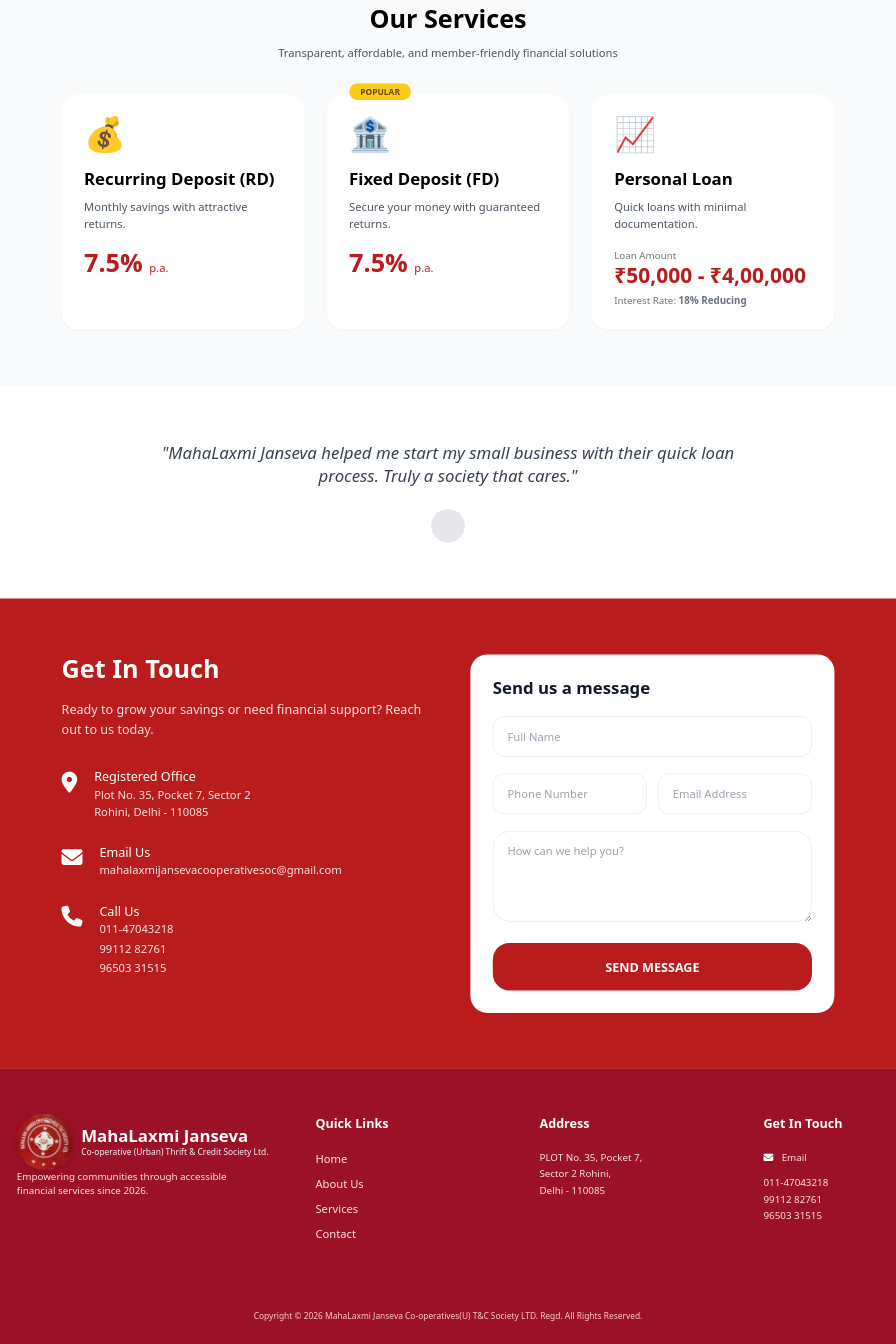
Repository: smritig537/Mahalaxmi
Page: Web.html
These files come from the project's save history. The page is drawn as it stood at one moment and after the next save; the edit follows.
The browser window is 1280 px wide. The pictures show the part of the page from y = 1670 to 3590 px (the page is 3590 px tall before and 3542 px after), at 70% of full size.
Some web libraries are served in a nearby version.

Above is the page before, as saved 2026-05-25 01:16:54.

After the next save:
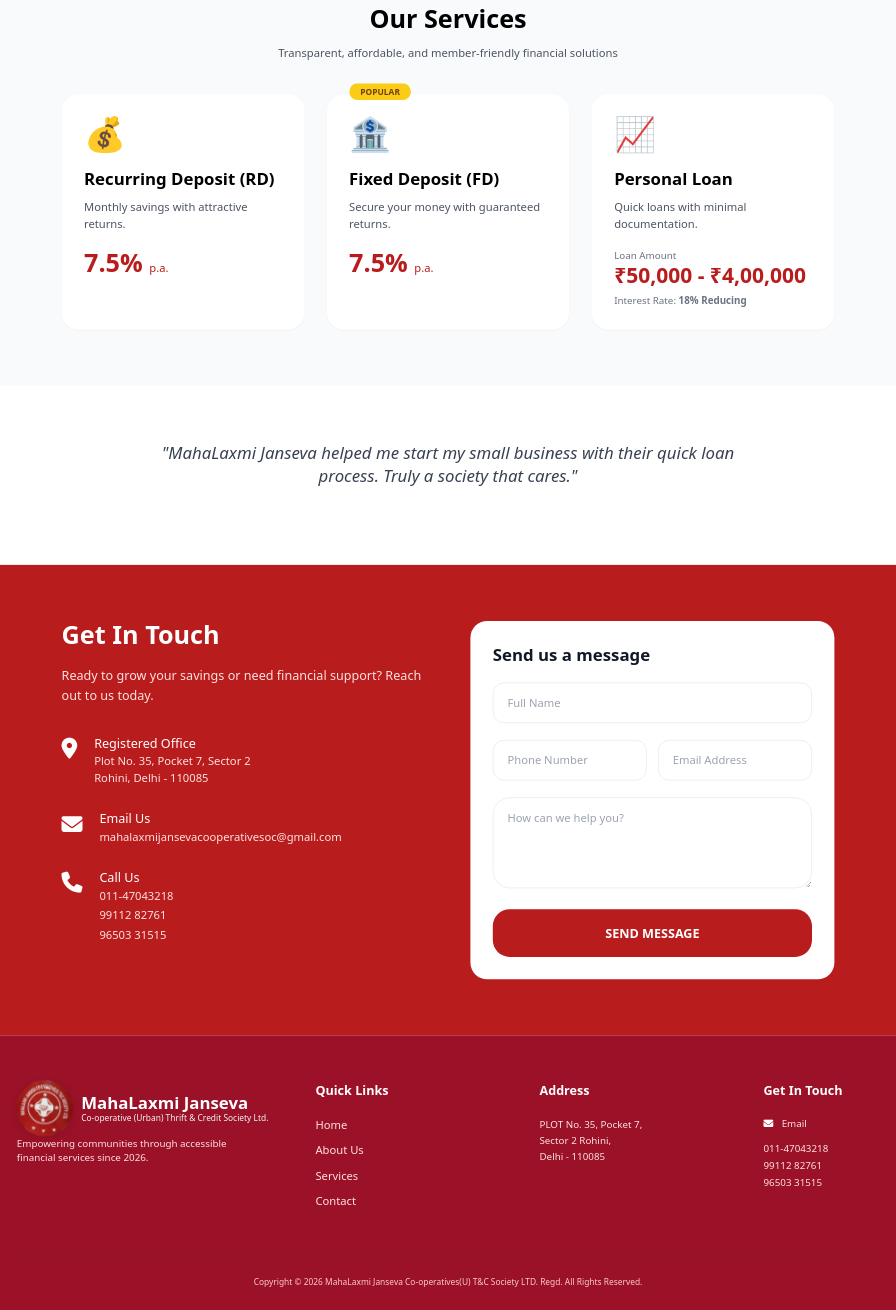
Saved 8 s later.
--- a/Web.html
+++ b/Web.html
@@ -255,10 +255,7 @@
             <div class="italic text-2xl text-gray-700 mb-8">
                 "MahaLaxmi Janseva helped me start my small business with their quick loan process. Truly a society that cares."
             </div>
-            <div class="flex items-center justify-center gap-4">
-                <div class="w-12 h-12 bg-gray-200 rounded-full"></div>
-
-            </div>
+
         </div>
     </section>
 
